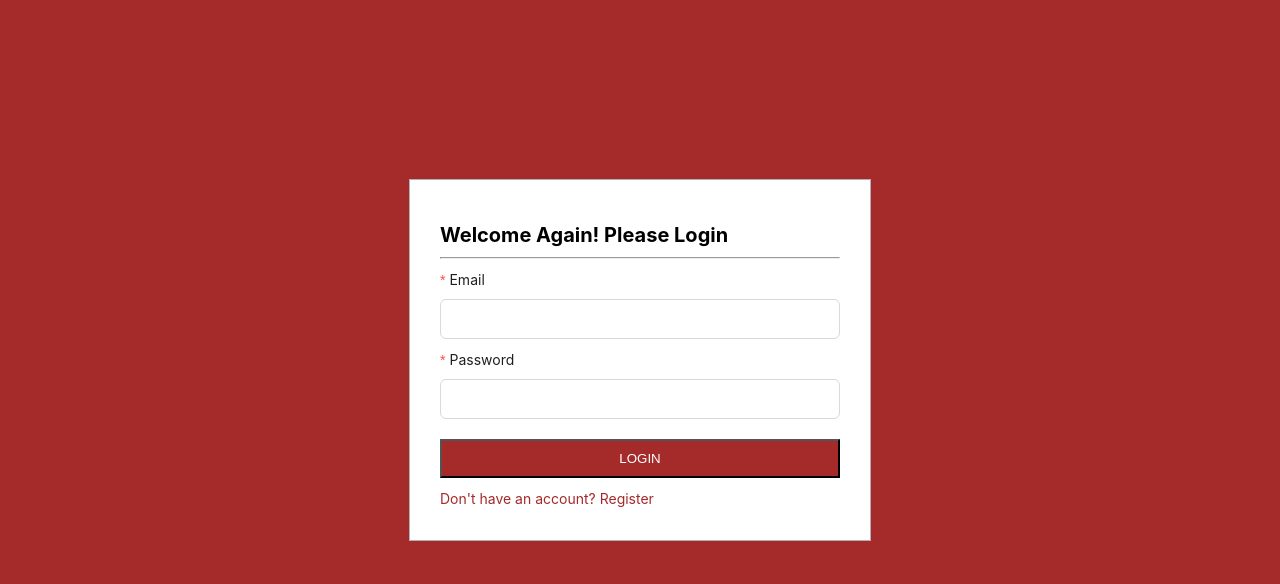
Repository: Gokulabala/BookMyShow
Page: / (app in client/)
The author's editor kept a copy of each file at every save. The page is drawn from the files as they stood at one save, then again after the next save.
The browser window is 1280 px wide. The pictures show the whole page.
Some web libraries are served in a nearby version. The project was rebuilt for these pictures with package versions that can differ from the ones it lists, and the page was loaded fresh each time. Also part of the build but not shown: client/src/apicalls/movies.js, client/src/pages/Home/index.js, client/src/pages/Register/index.js, client/src/components/ProtectedRoute.js, client/src/components/PageTitle.js, client/src/apicalls/theatres.js, client/src/pages/Profile/TheatresForm.js, client/src/pages/Profile/Shows/index.js and 10 more.

Above is the page before, as saved 2025-07-09 16:15:08.

### client/public/index.html
<!DOCTYPE html>
<html lang="en">
  <head>
    <meta charset="utf-8" />
    <link rel="icon" href="%PUBLIC_URL%/favicon.ico" />
    <meta name="viewport" content="width=device-width, initial-scale=1" />
    <meta name="theme-color" content="#000000" />
    <meta
      name="description"
      content="Web site created using create-react-app"
    />
    <link rel="apple-touch-icon" href="%PUBLIC_URL%/logo192.png" />
    <!--
      manifest.json provides metadata used when your web app is installed on a
      user's mobile device or desktop. See https://developers.google.com/web/fundamentals/web-app-manifest/
    -->
    <link rel="manifest" href="%PUBLIC_URL%/manifest.json" />

    <link href="https://cdn.jsdelivr.net/npm/remixicon@2.2.0/fonts/remixicon.css" rel="stylesheet">
    <!--
      Notice the use of %PUBLIC_URL% in the tags above.
      It will be replaced with the URL of the `public` folder during the build.
      Only files inside the `public` folder can be referenced from the HTML.

      Unlike "/favicon.ico" or "favicon.ico", "%PUBLIC_URL%/favicon.ico" will
      work correctly both with client-side routing and a non-root public URL.
      Learn how to configure a non-root public URL by running `npm run build`.
    -->
    <title>React App</title>
  </head>
  <body>
    <noscript>You need to enable JavaScript to run this app.</noscript>
    <div id="root"></div>
    <!--
      This HTML file is a template.
      If you open it directly in the browser, you will see an empty page.

      You can add webfonts, meta tags, or analytics to this file.
      The build step will place the bundled scripts into the <body> tag.

      To begin the development, run `npm start` or `yarn start`.
      To create a production bundle, use `npm run build` or `yarn build`.
    -->
  </body>
</html>

### client/src/index.js
import React from 'react';
import ReactDOM from 'react-dom/client';
import './index.css';
import App from './App';
import reportWebVitals from './reportWebVitals';
import store from './redux/store';
import { Provider } from 'react-redux';

const root = ReactDOM.createRoot(document.getElementById('root'));
root.render(
  <Provider
    store={store}
  >
    <App />
  </Provider>
);

// If you want to start measuring performance in your app, pass a function
// to log results (for example: reportWebVitals(console.log))
// or send to an analytics endpoint. Learn more: https://bit.ly/CRA-vitals
reportWebVitals();

### client/src/App.js
import Home from "./pages/Home";
import Login from "./pages/Login";
import Register from "./pages/Register";
import {BrowserRouter, Routes, Route} from 'react-router-dom'
import ProtectedRoute from "./components/ProtectedRoute";
import { useSelector } from "react-redux";
import Profile from "./pages/Profile";
import Admin from "./pages/Admin";
import TheatresForMovie from "./pages/TheatresForMovie";
import BookShow from "./pages/BookShow";

import './stylesheets/alignments.css'
import './stylesheets/custom.css'
import './stylesheets/form-elements.css'
import './stylesheets/sizes.css'
import './stylesheets/theme.css'



function App() {
  const { loading } = useSelector((state) => state.loaders);
  return (
    <div>
      {loading && (
        <div className="loader-parent">
          <div className="loader"></div>
        </div>
      )}
      <BrowserRouter>

      <Routes>

        <Route path='/' element ={<ProtectedRoute><Home/></ProtectedRoute>} />
        <Route
            path="/profile"
            element={
              <ProtectedRoute>
                <Profile />
              </ProtectedRoute>
            }
          />
          <Route
            path="/admin"
            element={
              <ProtectedRoute>
                <Admin />
              </ProtectedRoute>
            }
          />
          <Route
            path="/movie/:id"
            element={
              <ProtectedRoute>
                <TheatresForMovie />
              </ProtectedRoute>
            }
          />
          <Route
            path="/book-show/:id"
            element={
              <ProtectedRoute>
                <BookShow />
              </ProtectedRoute>
            }
          />
        <Route path='/login' element = {<Login/>} />
        <Route path='/Register' element= {<Register/>} />

      </Routes>


      </BrowserRouter>

    </div>
  );
}

export default App;

### client/src/redux/store.js
import { configureStore } from "@reduxjs/toolkit";
import loadersReducer from "./loadersSlice";
import usersReducer from "./usersSlice";

const store = configureStore({
  reducer: {
    loaders: loadersReducer,
    users: usersReducer,
  },
});

export default store;

### client/src/pages/Login/index.js
import React, { useEffect } from 'react';
import { Form, message, Input } from 'antd';
import Button from '../../components/Button';
import { Link, useNavigate } from 'react-router-dom';
import { LoginUser } from '../../apicalls/users';
import { useDispatch } from 'react-redux';
import { SetUser } from '../../redux/usersSlice';

const Login = () => {
  const navigate = useNavigate();
  const dispatch = useDispatch();

  const onFinish = async (values) => {
    try {
      const response = await LoginUser(values);
      console.log(response);

      if (response.success) {
        message.success(response.message);

        // ✅ Store token
        localStorage.setItem('token', response.data.token);

        // ✅ Store user info in Redux
        dispatch(SetUser(response.data.user));

        // ✅ Navigate to dashboard
        navigate('/');
      } else {
        message.error(response.message);
      }
    } catch (error) {
      message.error(error.message);
    }
  };

  // Redirect if already logged in
  useEffect(() => {
    if (localStorage.getItem('token')) {
      navigate('/');
    }
  }, []);

  return (
    <div className="flex justify-center h-screen items-center bg-primary">
      <div className="card p-3 w-400">
        <h1 className="text-xl mb-1">Welcome Again! Please Login</h1>
        <hr />
        <Form layout="vertical" className="mt-1" onFinish={onFinish}>
          <Form.Item
            label="Email"
            name="email"
            rules={[{ required: true, message: 'Please input your email!' }]}
          >
            <Input type="email" />
          </Form.Item>
          <Form.Item
            label="Password"
            name="password"
            rules={[{ required: true, message: 'Please input your password!' }]}
          >
            <Input type="password" />
          </Form.Item>

          <div className="flex flex-col mt-2 gap-1">
            <Button fullWidth title="LOGIN" type="submit" />
            <Link to="/register" className="text-primary">
              Don't have an account? Register
            </Link>
          </div>
        </Form>
      </div>
    </div>
  );
};

export default Login;

### client/src/stylesheets/alignments.css
/* Flex related classes */
.flex {
    display: flex;
  }

  .flex-row {
    flex-direction: row;
  }

  .flex-col {
    flex-direction: column;
  }

  .justify-center {
    justify-content: center;
  }

  .justify-between {
    justify-content: space-between;
  }
  .m-4{
    margin-left : 21rem
  }

  .justify-end {
    justify-content: end;
  }

  .items-center {
    align-items: center;
  }

  .items-end {
    align-items: end;
  }

  .items-between {
    align-items: space-between;
  }

  /* Margins */

  .m-1 {
    margin: 10px;
  }

  .m-2 {
    margin: 20px;
  }

  .m-3 {
    margin: 30px;
  }

  .mt-1 {
    margin-top: 10px;
  }
  .mt-2 {
    margin-top: 20px;
  }
  .mt-3 {
    margin-top: 30px;
  }

  .mb-1 {
    margin-bottom: 10px;
  }
  .mb-2 {
    margin-bottom: 20px;
  }
  .mb-3 {
    margin-bottom: 30px;
  }

  .mr-1 {
    margin-right: 10px;
  }
  .mr-2 {
    margin-right: 20px;
  }
  .mr-3 {
    margin-right: 30px;
  }

  .ml-1 {
    margin-left: 10px;
  }
  .ml-2 {
    margin-left: 20px;
  }
  .ml-3 {
    margin-left: 30px;
  }

  /* Paddings */

  .p-1 {
    padding: 10px;
  }
  .p-2 {
    padding: 20px;
  }
  .p-3 {
    padding: 30px;
  }

  .pt-1 {
    padding-top: 10px;
  }
  .pt-2 {
    padding-top: 20px;
  }
  .pt-3 {
    padding-top: 30px;
  }

  .pb-1 {
    padding-bottom: 10px;
  }
  .pb-2 {
    padding-bottom: 20px;
  }
  .pb-3 {
    padding-bottom: 30px;
  }

  .pr-1 {
    padding-right: 10px;
  }
  .pr-2 {
    padding-right: 20px;
  }
  .pr-3 {
    padding-right: 30px;
  }

  .pl-1 {
    padding-left: 10px;
  }
  .pl-2 {
    padding-left: 20px;
  }
  .pl-3 {
    padding-left: 30px;
  }

  /* spaces */

  .gap-1 {
    gap: 10px;
  }

  .gap-2 {
    gap: 20px;
  }

  .gap-3 {
    gap: 30px;
  }

### client/src/stylesheets/custom.css
.card {
    background-color: white;
    border: 1px solid #b1b1b1;
  }

  .w-400 {
    width: 400px;
  }

  .content {
    min-height: 85vh;
    border: 1px solid #b1b1b1;
  }

  .underline {
    text-decoration: underline;
    cursor: pointer;
  }

  .cursor-pointer {
    cursor: pointer;
  }

  .uppercase {
    text-transform: uppercase;
  }

  i {
    font-size: 20px;
  }

  table {
    border: 1px solid #b1b1b1;
  }
  thead th {
    border-bottom: 1px solid #b1b1b1 !important;
    text-transform: uppercase;
  }

  .search-input {
    height: 60px;
    border-radius: 5px;
  }

  .divider {
    border-bottom: 1px solid #e1e1e1;
    margin: 10px 0;
  }

  /* seats */

  .seat {
    height: 30px;
    width: 50px;
    display: flex;
    justify-content: center;
    align-items: center;
    border : 1px solid #b1b1b1;
    cursor: pointer;
  }


  .selected-seat {
    background-color: #118838;
  }

  .selected-seat h1 {
    color: white !important;
  }

  .booked-seat {
    background-color: #b1b1b1;
    cursor: not-allowed;
    pointer-events: none;
  }

  /* loader  */

  .loader-parent {
    position: fixed;
    background-color: black;
    inset: 0;
    opacity: 0.8;
    display: flex;
    justify-content: center;
    align-items: center;
    z-index: 999999;
  }

  .loader {
    height: 30px;
    width: 30px;
    border: 4px solid var(--colour-secondary);
    border-top-color: var(--colour-primary);
    border-radius: 50%;
    animation: loader-anim 1s linear infinite;
  }

  /* loader animation */

  @keyframes loader-anim {
    0% {
      transform: rotate(0deg);
    }
    100% {
      transform: rotate(360deg);
    }
  }

### client/src/stylesheets/form-elements.css
input , textarea , select{
    height: 40px;
    padding-left: 15px;
    border: 1px solid #8a8a8a;
    width: 100%;
}

input:focus , textarea:focus , select:focus{
    outline: none;
    border: 1px solid #373737;
}

textarea{
    min-height: 100px;
    padding: 15px;
}

.ant-form-item{
    margin-bottom: 10px;
}

### client/src/stylesheets/sizes.css
.h-screen{
    height: 100vh;
}

.w-screen{
    width: 100vw;
}
.w-full{
    width: 100%;
}
.w-50{
    width: 80%;
}


.text-sm {
    font-size: 14px;
}

.text-md {
    font-size: 16px;
}

.text-lg {
    font-size: 18px;
}

.text-xl {
    font-size: 20px;
}

.text-2xl {
    font-size: 24px;
}

.text-3xl {
    font-size: 30px;
}

.border {
    border-width: 1px;
}

.br-1 {
    border-radius: 4px;
}

### client/src/stylesheets/theme.css
:root {
    --colour-primary: brown;
    --colour-secondary: #e6b412;
}

.bg-primary {
    background-color: var(--colour-primary);
}

.bg-secondary {
    background-color: var(--colour-secondary);
}

.bg-error{
    background-color: #ff0000;
}

.bg-warning{
    background-color: #a2840e;
}

.bg-white{
    background-color: white;
}

.bg-black{
    background-color: black;
}

.text-primary {
    color: var(--colour-primary) !important;
}

.text-secondary {
    color: var(--colour-secondary);
}

.text-black{
    color: #000;
}

.text-white{
    color: #fff;
}

.border-primary {
    border-color: var(--colour-primary);
}

.border-secondary {
    border-color: var(--colour-secondary);
}

### client/src/redux/loadersSlice.js
import {createSlice} from '@reduxjs/toolkit';

const loadersSlice = createSlice({
    name: 'loaders',
    initialState: {
        loading : false,
    },
    reducers: {
        ShowLoading : (state) => {
            state.loading = true;
        },
        HideLoading : (state) => {
            state.loading = false;
        }
    }
});

export const {ShowLoading, HideLoading} = loadersSlice.actions;
export default loadersSlice.reducer;

### client/src/redux/usersSlice.js
import { createSlice } from "@reduxjs/toolkit";

const usersSlice = createSlice({
    name: "users",
    initialState: {
        user : null,
    },
    reducers: {
        SetUser : (state, action) => {
            state.user = action.payload;
        }
    }
});

export const { SetUser } = usersSlice.actions;

export default usersSlice.reducer;

### client/src/components/Button.js


const Button = ({title, onClick, variant, disabled, fullWidth, type})=>{

    let className = "bg-primary p-1 text-white"

    if(fullWidth){
        className += " w-full"
    }
    if(variant === "outlined"){
        className = className.replace(
            "bg.primary" , "border border-primary text-primary bg-white"
        )
    }

    return(
        <button className={className} type={type} onClick = {onClick} disabled = {disabled}>
            {title}
            </button>
    )
}

export default Button

### client/src/apicalls/users.js
const {axiosInstance} = require('.')

//register a new user

export const RegisterUser = async (payload)=>{
    try {
         const response = await axiosInstance.post('http://localhost:8085/api/users//register' , payload)
         return response.data
    } catch (error) {
       return error
    }
 }

 //LoginUser

 export const LoginUser = async (payload)=>{
   try {
      const response = await axiosInstance.post('http://localhost:8085/api/users/login',payload)
      return response.data
   } catch (error) {
      return error
   }
 }


 export const GetCurrentUser = async () => {
   try {
      console.log(localStorage.getItem('token'))
       const response = await axiosInstance.get("http://localhost:8085/api/users/get-current-user");
       return response.data;
   } catch (error) {
       return error;
   }
}

### client/src/apicalls/index.js
import axios from 'axios'

export const axiosInstance = axios.create({
    headers : {
        // credentials : 'include',
        // method : 'post',
        'Content-Type' : 'application/json',
        Authorization : `Bearer ${localStorage.getItem('token')}`
    }
})

Loaded but not shown: client/src/index.css (common file); client/src/reportWebVitals.js (common file)

After the next save:
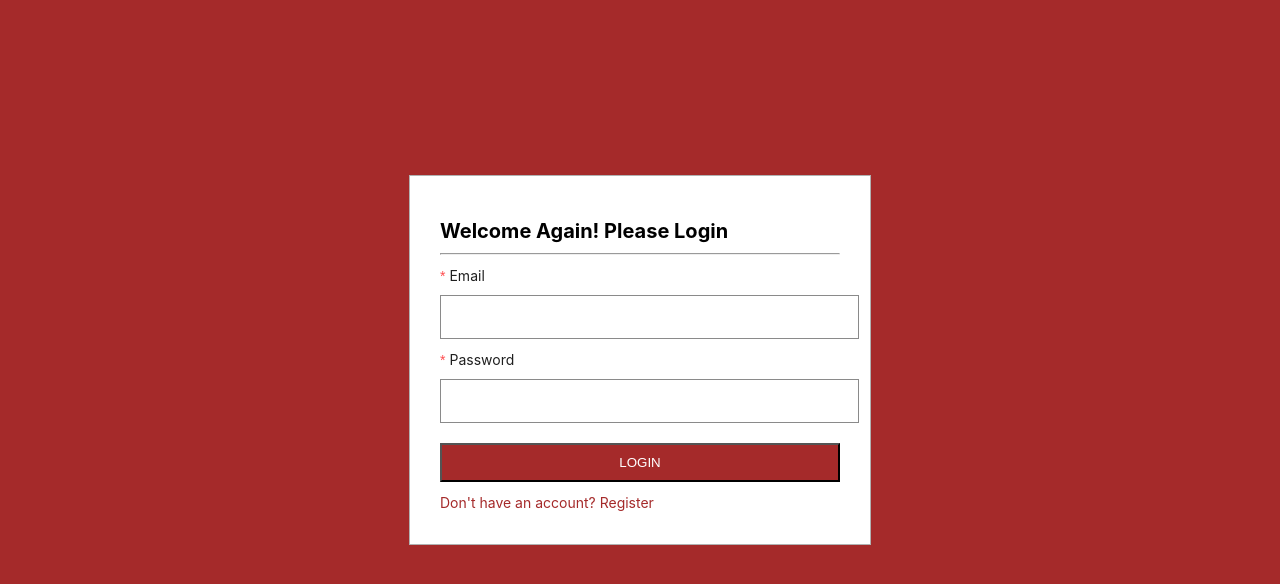
Saved 87 s later.
--- a/client/src/pages/Login/index.js
+++ b/client/src/pages/Login/index.js
@@ -1,77 +1,69 @@
-import React, { useEffect } from 'react';
-import { Form, message, Input } from 'antd';
-import Button from '../../components/Button';
-import { Link, useNavigate } from 'react-router-dom';
+import React , {useEffect} from 'react'
+import {Form, message} from "antd";
+import Button from "../../components/Button";
+import { Link , useNavigate } from "react-router-dom";
 import { LoginUser } from '../../apicalls/users';
-import { useDispatch } from 'react-redux';
-import { SetUser } from '../../redux/usersSlice';
+
+
 
 const Login = () => {
-  const navigate = useNavigate();
-  const dispatch = useDispatch();
+   const navigate = useNavigate()
 
-  const onFinish = async (values) => {
-    try {
-      const response = await LoginUser(values);
-      console.log(response);
+  const onFinish = async(values) =>{
+     try {
+      const response = await LoginUser(values)
 
-      if (response.success) {
-        message.success(response.message);
+      if(response.success){
+        message.success(response.message)
+        localStorage.setItem('token' , response.data)
+        window.location.href = "/";
+       }
+      else{
+        message.error(response.message)
+      }
+     } catch (error) {
+      message.error(error.message)
+     }
+  }
 
-        // ✅ Store token
-        localStorage.setItem('token', response.data.token);
-
-        // ✅ Store user info in Redux
-        dispatch(SetUser(response.data.user));
-
-        // ✅ Navigate to dashboard
-        navigate('/');
-      } else {
-        message.error(response.message);
-      }
-    } catch (error) {
-      message.error(error.message);
-    }
-  };
-
-  // Redirect if already logged in
   useEffect(() => {
-    if (localStorage.getItem('token')) {
-      navigate('/');
+    if (localStorage.getItem("token")) {
+      navigate("/");
     }
   }, []);
 
   return (
     <div className="flex justify-center h-screen items-center bg-primary">
-      <div className="card p-3 w-400">
-        <h1 className="text-xl mb-1">Welcome Again! Please Login</h1>
-        <hr />
-        <Form layout="vertical" className="mt-1" onFinish={onFinish}>
-          <Form.Item
-            label="Email"
-            name="email"
-            rules={[{ required: true, message: 'Please input your email!' }]}
-          >
-            <Input type="email" />
-          </Form.Item>
-          <Form.Item
-            label="Password"
-            name="password"
-            rules={[{ required: true, message: 'Please input your password!' }]}
-          >
-            <Input type="password" />
-          </Form.Item>
+    <div className="card p-3 w-400">
+      <h1 className="text-xl mb-1">Welcome Again! Please Login</h1>
+      <hr />
+      <Form layout="vertical" className="mt-1" onFinish={onFinish}>
+        <Form.Item
+          label="Email"
+          name="email"
+          rules={[{ required: true, message: "Please input your email!" }]}
+        >
+          <input type="email" />
+        </Form.Item>
+        <Form.Item
+          label="Password"
+          name="password"
+          rules={[{ required: true, message: "Please input your password!" }]}
+        >
+          <input type="password" />
+        </Form.Item>
 
-          <div className="flex flex-col mt-2 gap-1">
-            <Button fullWidth title="LOGIN" type="submit" />
-            <Link to="/register" className="text-primary">
-              Don't have an account? Register
-            </Link>
-          </div>
-        </Form>
-      </div>
+        <div className="flex flex-col mt-2 gap-1">
+          <Button fullWidth title="LOGIN" type="submit" />
+          <Link to="/register" className="text-primary">
+            {" "}
+            Don't have an account? Register
+          </Link>
+        </div>
+      </Form>
     </div>
-  );
-};
+  </div>
+  )
+}
 
-export default Login;
+export default Login

After the save that followed:
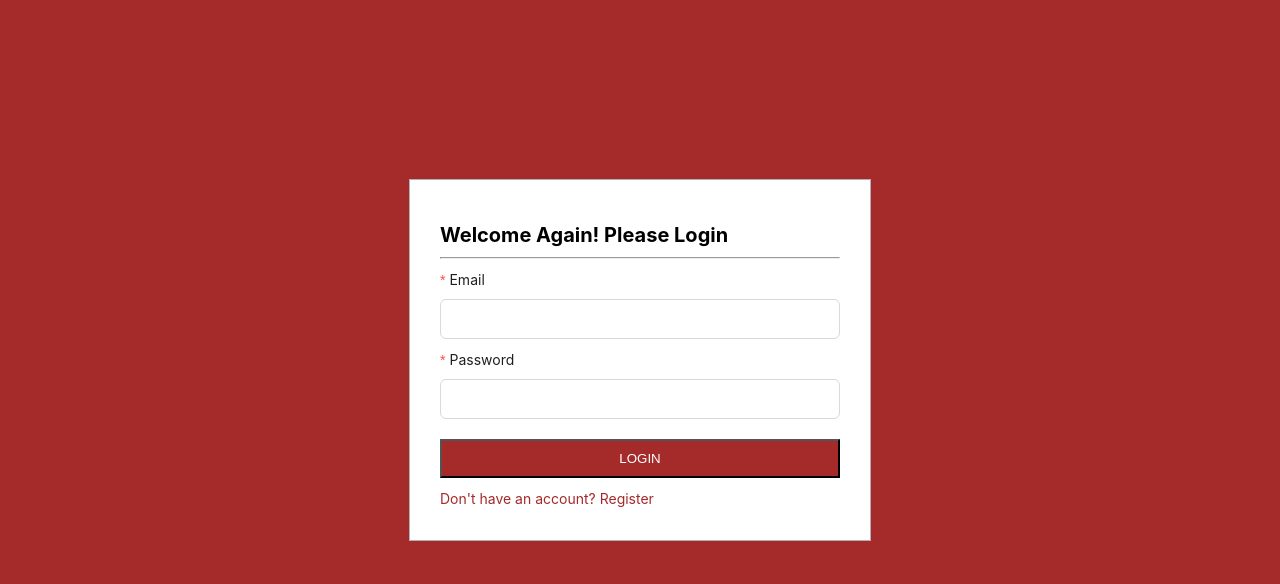
Saved 3 min 32 s later.
--- a/client/src/pages/Login/index.js
+++ b/client/src/pages/Login/index.js
@@ -1,5 +1,5 @@
 import React , {useEffect} from 'react'
-import {Form, message} from "antd";
+import {Form, message,Input} from "antd";
 import Button from "../../components/Button";
 import { Link , useNavigate } from "react-router-dom";
 import { LoginUser } from '../../apicalls/users';
@@ -9,14 +9,21 @@
 const Login = () => {
    const navigate = useNavigate()
 
-  const onFinish = async(values) =>{
+  const onFinish = async(values,event) =>{
+    // event.preventDefault()
      try {
       const response = await LoginUser(values)
-
+      console.log(response)
       if(response.success){
         message.success(response.message)
+        console.log("hello")
         localStorage.setItem('token' , response.data)
-        window.location.href = "/";
+        // window.location.ref = "/";
+        navigate('/')
+        // setTimeout(()=>{
+        //   console.log("setTimeOut")
+        //   navigate('/')
+        // },1000)
        }
       else{
         message.error(response.message)
@@ -43,14 +50,14 @@
           name="email"
           rules={[{ required: true, message: "Please input your email!" }]}
         >
-          <input type="email" />
+          <Input type="email" />
         </Form.Item>
         <Form.Item
           label="Password"
           name="password"
           rules={[{ required: true, message: "Please input your password!" }]}
         >
-          <input type="password" />
+          <Input type="password" />
         </Form.Item>
 
         <div className="flex flex-col mt-2 gap-1">
